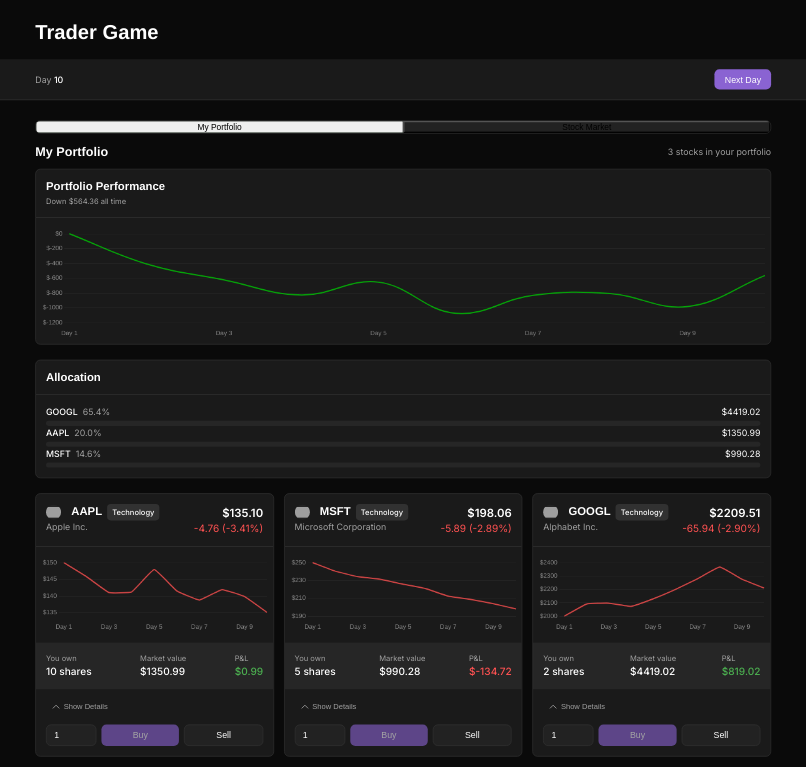
Repository: jp-valino/tradergame
Page: / (app in web-ui/)
These files come from the project's save history. The page is drawn as it stood at one moment and after the next save; the edit follows.
The browser window is 1280 px wide. The pictures show the whole page, at 63% of full size.
Pictures or frames that could not be fetched are drawn as grey boxes. Some web fonts or font styles are not loaded; a fallback is used. The project was rebuilt for these pictures with package versions that can differ from the ones it lists, and the page was loaded fresh each time. Also part of the build but not shown: web-ui/src/components/StockMarket.tsx.

Above is the page before, as saved 2025-03-14 20:19:47.

After the next save:
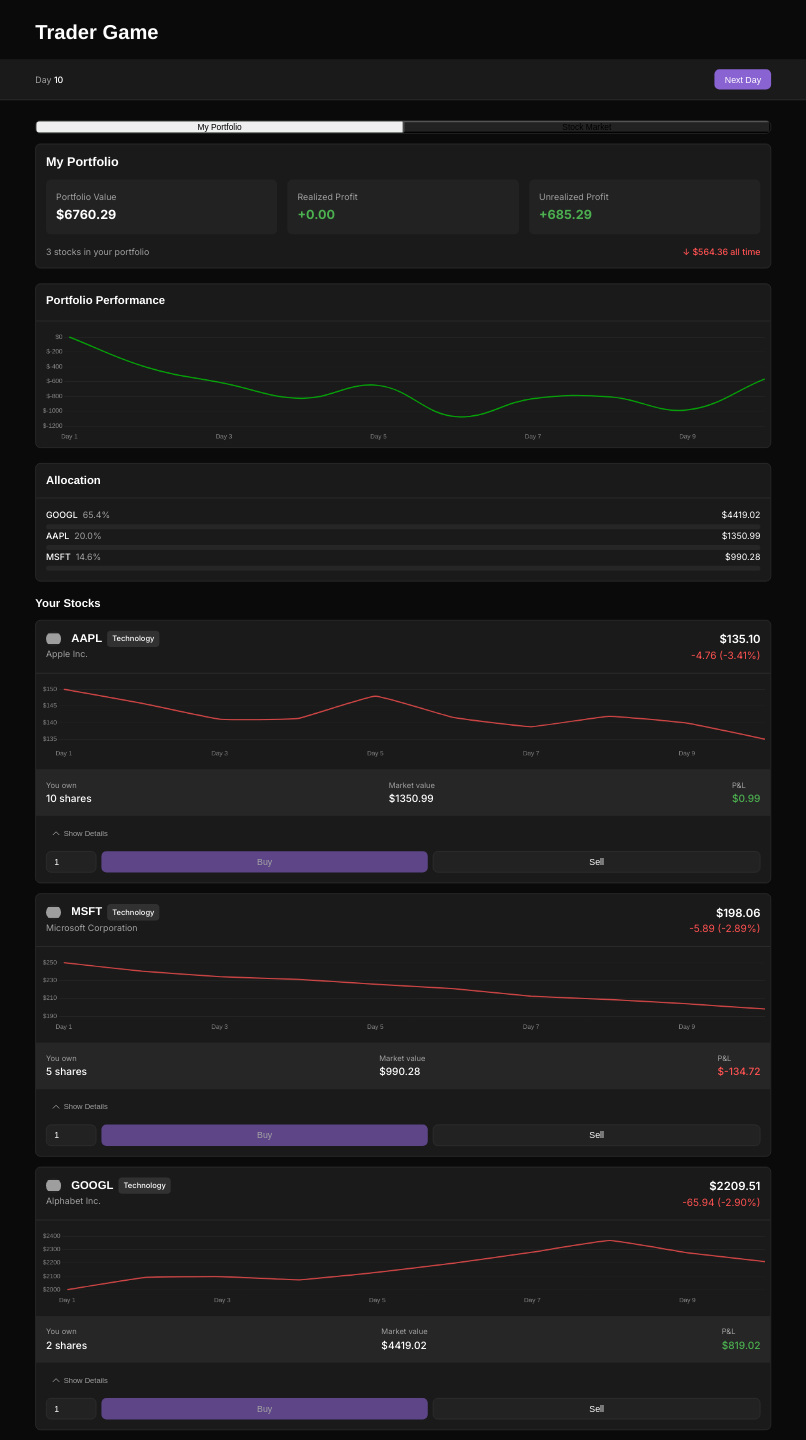
Saved 45 s later.
--- a/web-ui/src/components/Portfolio.tsx
+++ b/web-ui/src/components/Portfolio.tsx
@@ -118,6 +118,12 @@
   // Calculate total portfolio value
   const totalValue = stocks.reduce((sum, stock) => sum + (stock.currentPrice * stock.quantity), 0);
 
+  // Calculate total realized profit
+  const totalRealizedProfit = stocks.reduce((sum, stock) => sum + stock.realizedProfit, 0);
+
+  // Calculate total potential profit
+  const totalPotentialProfit = stocks.reduce((sum, stock) => sum + stock.potentialProfit, 0);
+
   // Calculate allocation percentages
   const stocksWithAllocation = stocks.map(stock => ({
     ...stock,
@@ -131,22 +137,51 @@
 
   return (
     <div>
-      <div className="flex justify-between items-center mb-4">
-        <h2 className="text-xl font-bold">My Portfolio</h2>
-        {stocks.length > 0 && (
+      <div className="card mb-6 p-4">
+        <h2 className="text-xl font-bold mb-4">My Portfolio</h2>
+
+        <div className="grid grid-cols-1 md:grid-cols-3 gap-4 mb-4">
+          <div className="bg-secondary p-4 rounded">
+            <div className="text-secondary text-sm mb-1">Portfolio Value</div>
+            <div className="text-xl font-bold">${totalValue.toFixed(2)}</div>
+          </div>
+
+          <div className="bg-secondary p-4 rounded">
+            <div className="text-secondary text-sm mb-1">Realized Profit</div>
+            <div className={`text-xl font-bold ${totalRealizedProfit >= 0 ? 'text-success' : 'text-error'}`}>
+              {totalRealizedProfit >= 0 ? '+' : ''}{totalRealizedProfit.toFixed(2)}
+            </div>
+          </div>
+
+          <div className="bg-secondary p-4 rounded">
+            <div className="text-secondary text-sm mb-1">Unrealized Profit</div>
+            <div className={`text-xl font-bold ${totalPotentialProfit >= 0 ? 'text-success' : 'text-error'}`}>
+              {totalPotentialProfit >= 0 ? '+' : ''}{totalPotentialProfit.toFixed(2)}
+            </div>
+          </div>
+        </div>
+
+        <div className="flex justify-between items-center">
           <div className="text-secondary text-sm">
-            {stocks.length} stock{stocks.length !== 1 ? 's' : ''} in your portfolio
-          </div>
-        )}
+            {stocks.length > 0 ? (
+              <>{stocks.length} stock{stocks.length !== 1 ? 's' : ''} in your portfolio</>
+            ) : (
+              <>No stocks in your portfolio</>
+            )}
+          </div>
+
+          {pnlHistory.length > 0 && (
+            <div className={`text-sm font-medium ${pnlHistory[pnlHistory.length - 1] >= 0 ? 'text-success' : 'text-error'}`}>
+              {pnlHistory[pnlHistory.length - 1] >= 0 ? '↑' : '↓'} ${Math.abs(pnlHistory[pnlHistory.length - 1]).toFixed(2)} all time
+            </div>
+          )}
+        </div>
       </div>
 
       {pnlHistory.length > 0 && (
         <div className="card mb-6 overflow-hidden">
           <div className="p-4 border-b border-color-border">
             <h3 className="text-lg font-bold mb-1">Portfolio Performance</h3>
-            <p className="text-secondary text-xs">
-              {pnlHistory[pnlHistory.length - 1] >= 0 ? 'Up' : 'Down'} ${Math.abs(pnlHistory[pnlHistory.length - 1]).toFixed(2)} all time
-            </p>
           </div>
           <div style={{ height: '200px', padding: '16px 8px 8px 8px' }}>
             <Line data={chartData} options={chartOptions} />
@@ -181,6 +216,8 @@
         </div>
       )}
 
+      <h3 className="text-lg font-bold mb-4">Your Stocks</h3>
+
       {stocks.length === 0 ? (
         <div className="card text-center p-8">
           <div className="mb-4">
@@ -193,10 +230,10 @@
           </div>
           <h3 className="text-lg font-bold mb-2">Your portfolio is empty</h3>
           <p className="text-secondary mb-4">You don't own any stocks yet.</p>
-          <p className="text-secondary">Start trading to build your portfolio!</p>
+          <p className="text-secondary">Go to the Stock Market tab to start trading!</p>
         </div>
       ) : (
-        <div className="grid">
+        <div className="grid grid-cols-1 gap-4">
           {stocks.map((stock) => (
             <StockCard
               key={stock.symbol}
